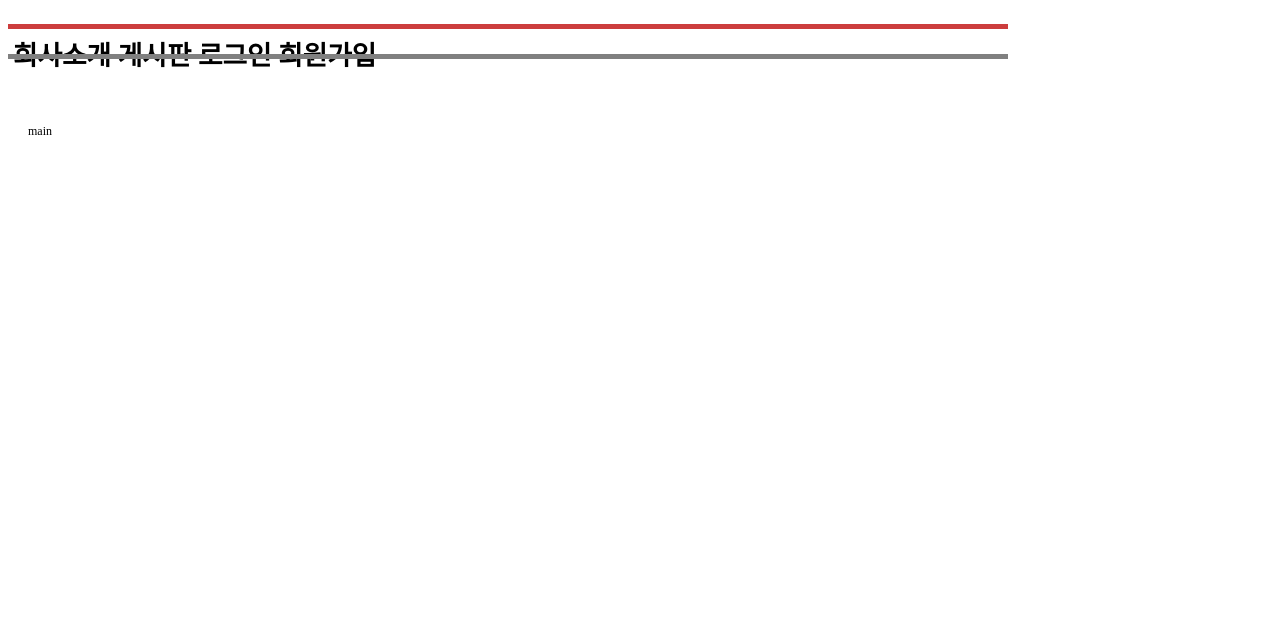
Repository: asaf0813/aisw
Page: java/이클립스/workspace/html/htmltest/WebContent/main.html
These files come from the project's save history. The page is drawn as it stood at one moment and after the next save; the edit follows.
The browser window is 1280 px wide. The pictures show the part of the page from y = 158 to 782 px (the page is 782 px tall before and 777 px after).

Above is the page before, as saved 2019-10-03 07:01:32.

### java/이클립스/workspace/html/htmltest/WebContent/main.html
<!doctype html>
<html lang="en">
	<head>
		<meta charset="UTF-8">
		<meta name="Generator" content="EditPlus®">
		<meta name="Author" content="">
		<meta name="Keywords" content="">
		<meta name="Description" content="">
		<title>main</title>
		<link href="./main.css" rel="stylesheet" type="text/css" >
		<style type="text/css">
		a { text-decoration:none }
		</style>

	</head>
	<body>
		<div class="header">
			<a href="./main.html">
			<img width="100%" height="150" src = "http://www.postech.ac.kr/wp-content/themes/postech/images/imgs/signature4.png", alt="" ></a>
		<div>
			<p style="margin-top:20px"></p>
		</div>


		<div class="topnavi_ds">
			<div class="topnavi">
				<a href="./intro/intro.html">회사소개</a> <a href="./board/list.html">게시판</a>  <a href="./member/login.html">로그인</a> <a href="./member/join.html">회원가입</a>
			</div>
		</div>

		<div class="divide"/>
			<div>
				<p style="margin-top:20px"></p>
			</div>
		<div class="body"> main</div>
	</body>
</html>

### java/이클립스/workspace/html/htmltest/WebContent/main.css
.header a:hover{color:red;}
.header a{color:blue;}

.header{
	width:1000px;
	height:50px;
	float:left;
	font-size: 9pt;
}

.topnavi_ds{
	width:100%;
	height:5px;
	background-color:#CC3D3D;
	float:left;
}
.topnavi a:hover{color:green;}
.topnavi a{color:#000000;}

.topnavi{
	width:1000px; height:30px;
	float:left;
	margin-top:10px;
	margin-left:5px;
	font-size: 20pt;
	font-weight: bold;
}

.divide{
	width:100%;
	height:5px;
	float:left;
	margin-top: 25px;
	background-color:gray;
}

.body{
	font-size: 9pt;
	margin-top:50px;
	margin-left:20px;
	width:1000px;
	height:500px;
	float:left;
}

After the next save:
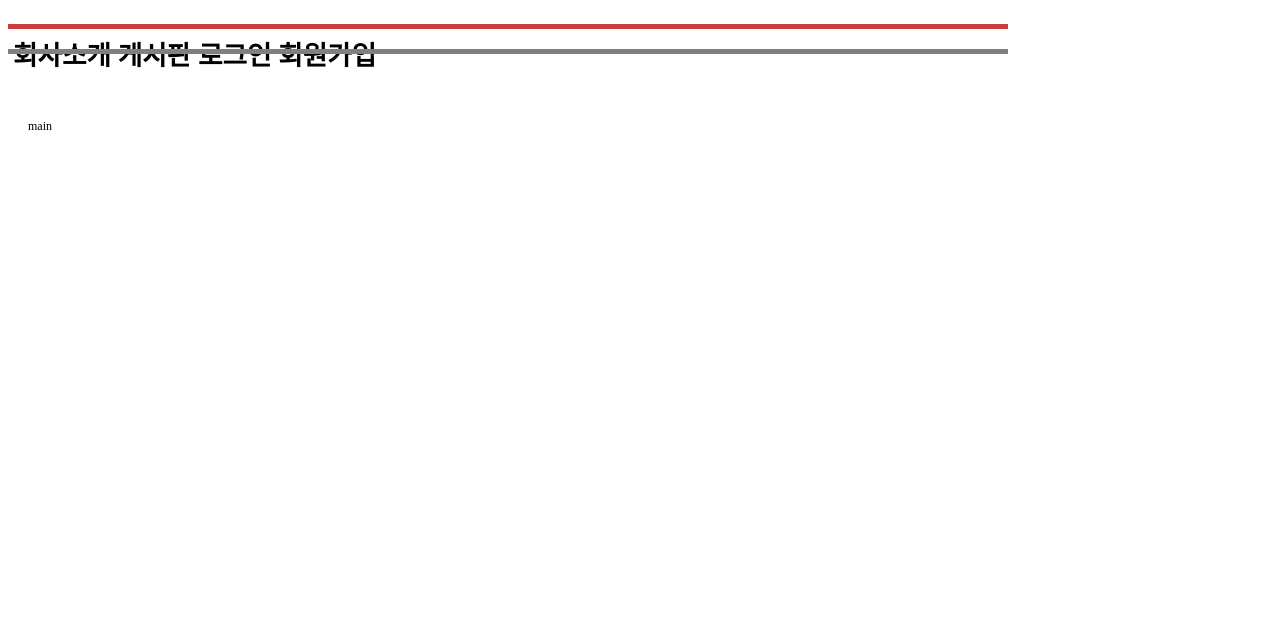
Saved 51 s later.
--- a/java/이클립스/workspace/html/htmltest/WebContent/main.css
+++ b/java/이클립스/workspace/html/htmltest/WebContent/main.css
@@ -32,6 +32,7 @@
 	float:left;
 	margin-top: 25px;
 	background-color:gray;
+	margin-top:20px;
 }
 
 .body{
